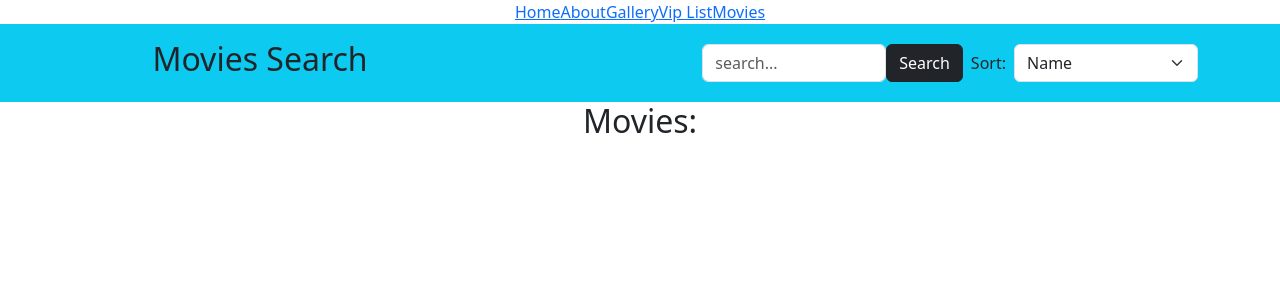
Repository: saargold/reactTest
Page: /movies
These files come from the project's save history. The page is drawn as it stood at one moment and after the next save; the edit follows.
The browser window is 1280 px wide. The pictures show the whole page.
The page's requests for data from a server got no answer. The project was rebuilt for these pictures with package versions that can differ from the ones it lists, and the page was loaded fresh each time. A package was used in the major version that the imports need, not the one package.json lists. No one was signed in, and anything a server would have sent is missing. Also part of the build but not shown: src/App.css, src/api/Apicomp.js, src/components/Gallery.js, src/components/About.js, src/components/Home.js, src/data/Vip.js, src/components/VipList.js, src/components/VipInfo.js and 1 more.

Above is the page before, as saved 2022-09-07 14:36:35.

After the next save:
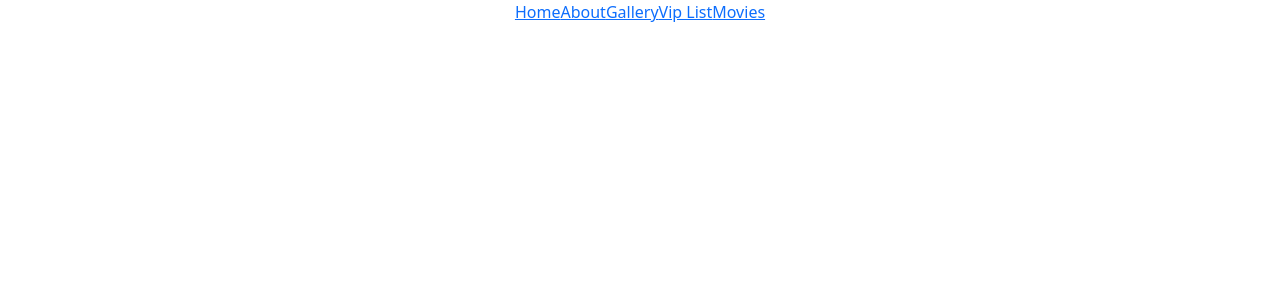
Saved 2 min 12 s later.
--- a/src/components/AppMovies.js
+++ b/src/components/AppMovies.js
@@ -29,10 +29,20 @@
         setAr(temp_ar);
     }
   return (
-    <div>
+    <Router>
+    <Switch>
+      <Route exact path="/" render={() =>{
+        <div>
+
       <MoviesInput setSearch={setSearch} sortMovies={sortMovies} />
       <MovieList movies_ar={ar}/>
     </div>
+
+      }}/>
+      </Switch>
+
+    </Router>
+
   )
 }
 

After the 3 saves that followed:
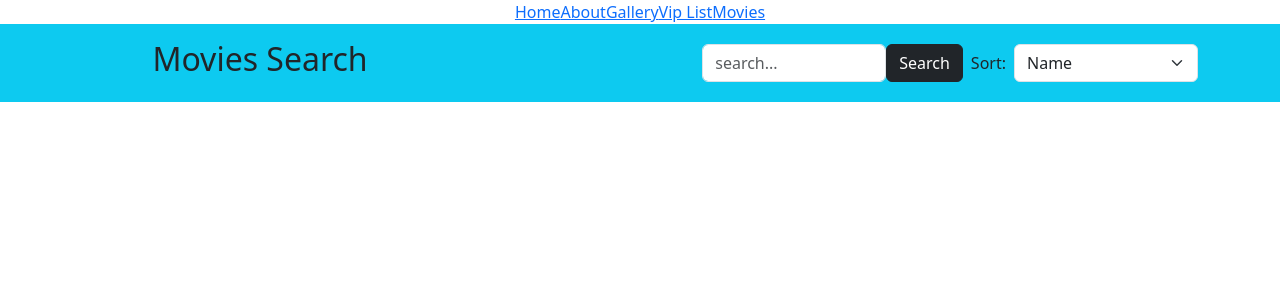
The 3 saves are shown as one change because 1 left the picture as it was and some came seconds apart.
The last was saved 45 s later.
--- a/src/App.js
+++ b/src/App.js
@@ -28,7 +28,7 @@ function App() {
     <Route exact path="/vip" component={VipList}></Route>
     <Route exact path="/vip/:id" component={VipInfo}></Route>
     <Route exact path="/movies" component={AppMovies}></Route>
-    <Route exact path="/movie/:id" component={MovieInfo}></Route>
+
 
     </Switch>
     {/* <Apicomp/> */}
--- a/src/components/AppMovies.js
+++ b/src/components/AppMovies.js
@@ -30,11 +30,12 @@
     }
   return (
     <Router>
+      <MoviesInput setSearch={setSearch} sortMovies={sortMovies} />
+
     <Switch>
       <Route exact path="/" render={() =>{
         <div>
 
-      <MoviesInput setSearch={setSearch} sortMovies={sortMovies} />
       <MovieList movies_ar={ar}/>
     </div>
 
